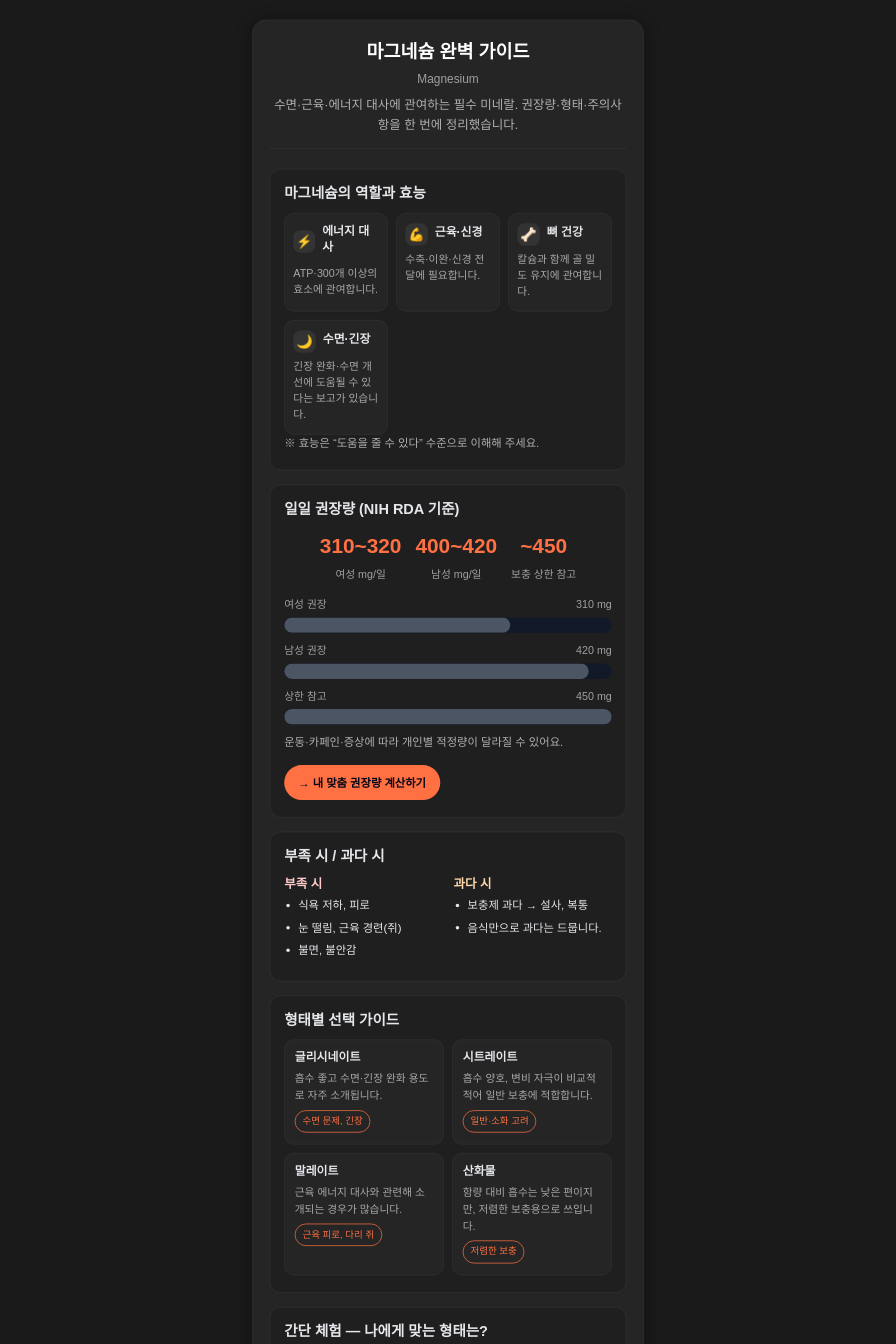
Repository: wevesoft/blog-health
Page: wordpress/wp-infographic-magnesium.html
An editor plug-in stored every save of this project. The page is shown before and after the next save, followed by the edit.
The browser window is 1280 px wide. The pictures show the part of the page from y = 0 to 1920 px (the page is 2577 px tall before and 2024 px after), at 70% of full size.

Above is the page before, as saved 2026-03-03 14:10:45.

After the next save:
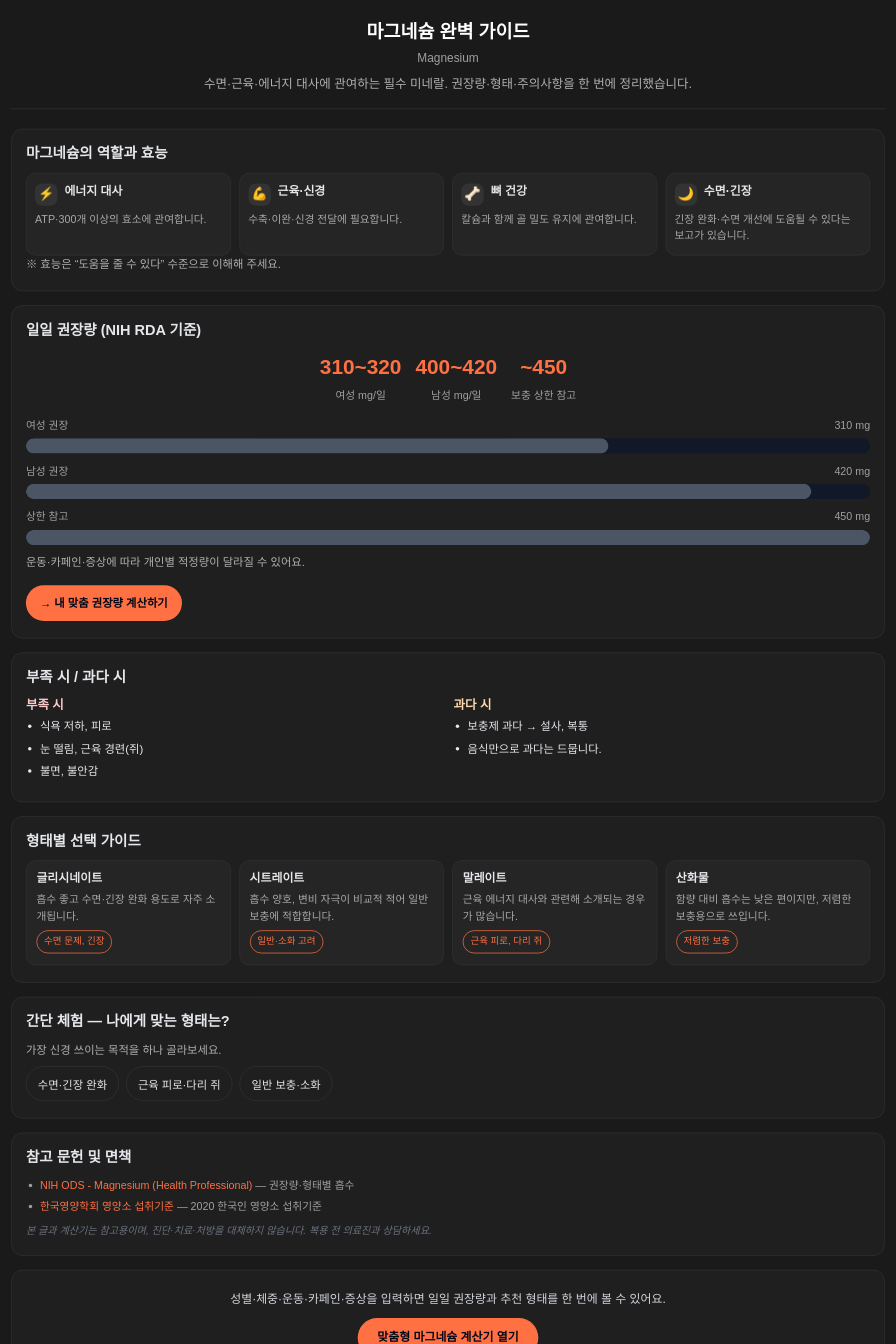
Saved 4 min 42 s later.
--- a/wordpress/wp-infographic-magnesium.html
+++ b/wordpress/wp-infographic-magnesium.html
@@ -361,7 +361,7 @@ html, body { margin:0; background:#1a1a1a; font-size: 17px; }
 </style>
 
 <div id="mg-infographic" data-calc-url="https://YOUR-SITE.com/magnesume_calc_black.html">
-  <div class="mg-shell">
+  <!-- <div class="mg-shell"> -->
     <header class="mg-header">
       <h1>마그네슘 완벽 가이드</h1>
       <div class="en">Magnesium</div>
@@ -514,7 +514,7 @@ html, body { margin:0; background:#1a1a1a; font-size: 17px; }
         <a href="#" class="primary mg-calc-link">맞춤형 마그네슘 계산기 열기</a>
       </div>
     </section>
-  </div>
+  <!-- </div> -->
 </div>
 
 <script>
